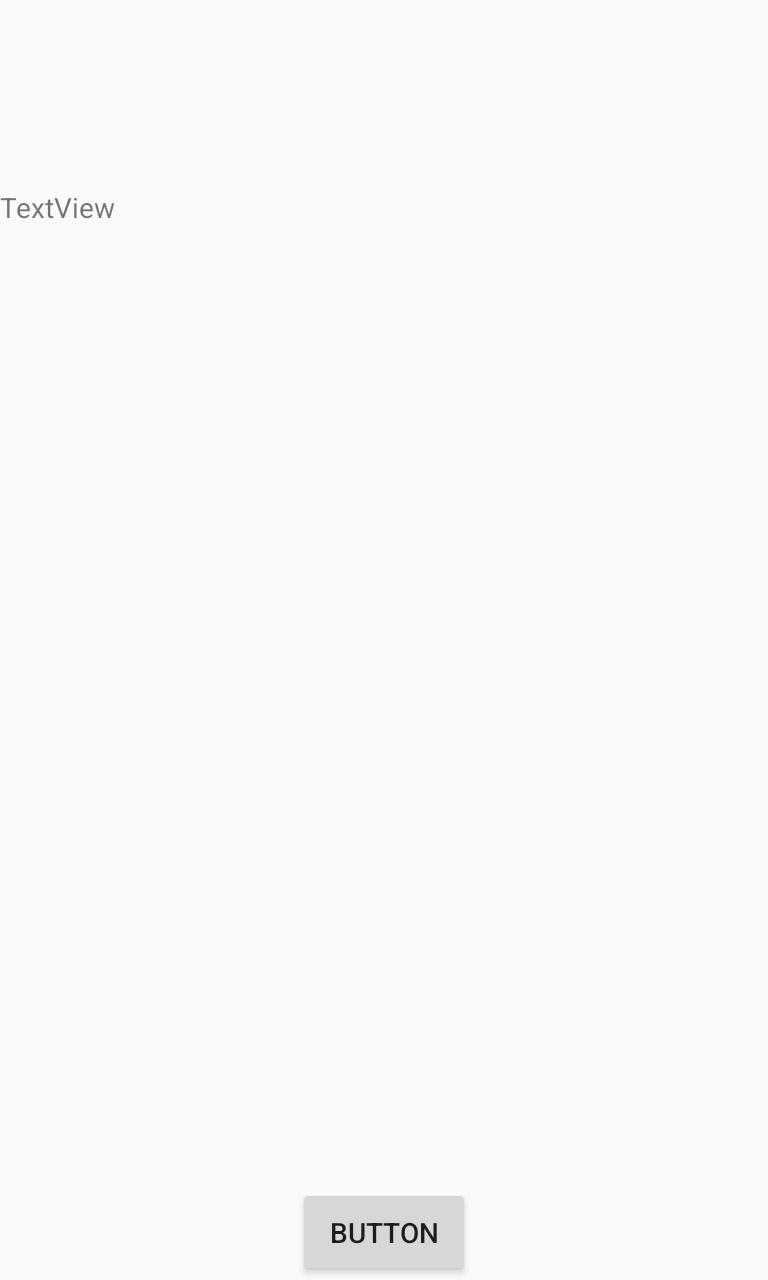
Repository: procmillie/AppKeepV9.12.14
Layout: StupidApp/res/layout/date_picker_dialog123.xml
These files come from the project's save history. The layout is drawn as it stood at one moment and after the next save; the edit follows.
It is drawn on a 768 x 1280 px phone screen (xhdpi) without system bars, with theme AppTheme; the app's code is not run.

Above is the layout before, as saved 2014-11-25 14:55:41.

After the next save:
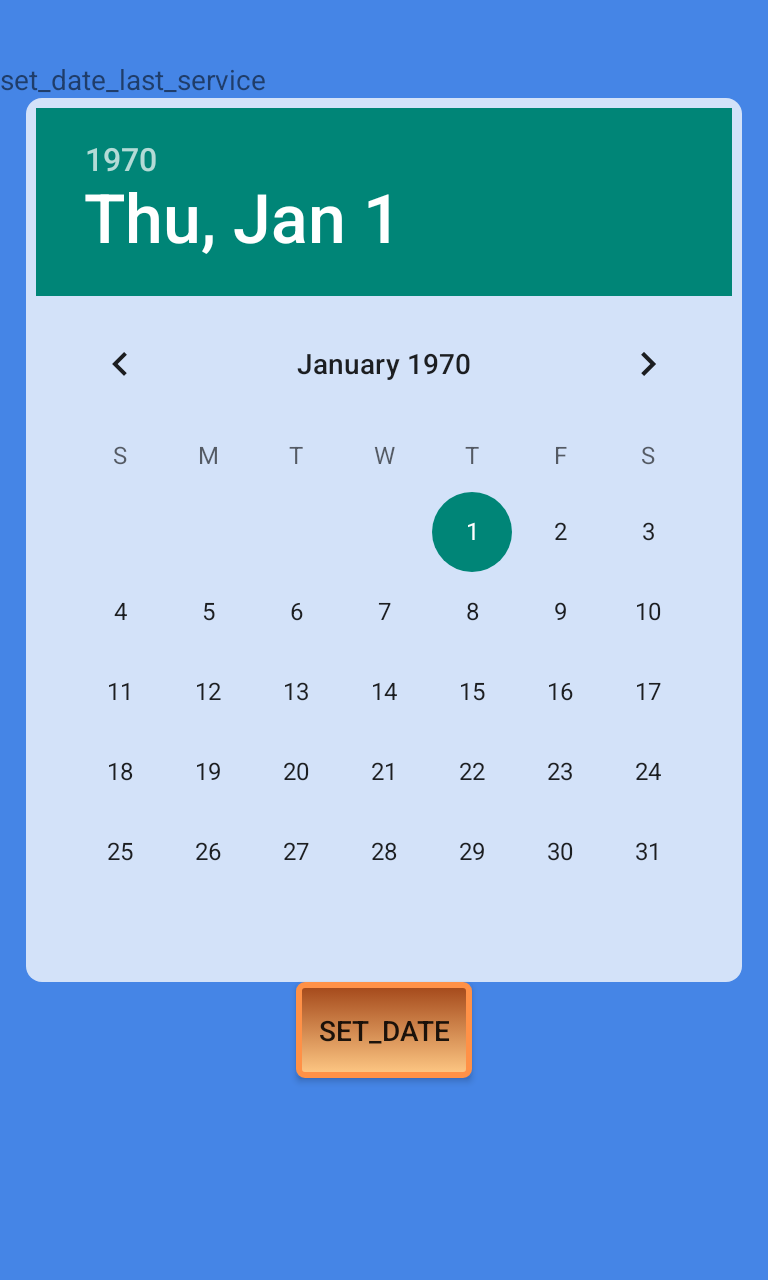
Saved 50 min 31 s later.
--- a/StupidApp/res/layout/date_picker_dialog123.xml
+++ b/StupidApp/res/layout/date_picker_dialog123.xml
@@ -1,12 +1,50 @@
 <?xml version="1.0" encoding="utf-8"?>
-<!--  <LinearLayout xmlns:android="http://schemas.android.com/apk/res/android"
+ <LinearLayout xmlns:android="http://schemas.android.com/apk/res/android"
     android:layout_width="match_parent"
     android:layout_height="match_parent"
-    android:orientation="vertical" >
+    android:background="@color/bground_color"
+    android:orientation="vertical"
+    >
+
+     <!-- DatePicker dialog activity screen -->
+
+     <TextView
+         android:id="@+id/textView1"
+         android:layout_width="wrap_content"
+         android:layout_height="wrap_content"
+         android:layout_marginTop="30dp"
+         android:text="set_date_last_service" />
+
+	<DatePicker
+   		 android:id="@+id/dp_last_date"
+   		 android:layout_width="wrap_content"
+    	 android:layout_height="wrap_content"
+    	 android:layout_gravity="center"
+    	 android:background="@drawable/rounded_box"
+   		 android:ems="10"
+         android:gravity="center"
+         android:hint="@string/serial_num_hint"
+         android:padding="5dp"
+         android:textSize="15sp"
+     />
 
 
-</LinearLayout>-->
-<RelativeLayout xmlns:android="http://schemas.android.com/apk/res/android"
+    <Button
+    	android:id="@+id/bn_set_date"
+   		android:layout_width="wrap_content"
+    	android:layout_height="wrap_content"
+    	android:background="@drawable/button_style"
+    	android:hint="@string/set_date_hint"
+    	android:layout_gravity="center"
+    	android:gravity="center"
+   		android:text="set_date" />
+
+
+    >
+
+
+</LinearLayout>
+<!-- <RelativeLayout xmlns:android="http://schemas.android.com/apk/res/android"
 android:layout_width="fill_parent"
 android:layout_height="fill_parent" >
 
@@ -28,4 +66,11 @@ android:layout_height="fill_parent" >
     android:layout_marginTop="94dp"
     android:text="TextView" />
 
-</RelativeLayout>
+<DatePicker
+    android:id="@+id/datePicker1"
+    android:layout_width="wrap_content"
+    android:layout_height="wrap_content"
+    android:layout_alignParentLeft="true"
+    android:layout_centerVertical="true" />
+
+</RelativeLayout>-->
--- a/StupidApp/res/values/strings.xml
+++ b/StupidApp/res/values/strings.xml
@@ -27,6 +27,8 @@
 
     <!--  DatePicker String names -->
      <string name="set_date">Set Date</string>
+     <string name="set_date_hint">Set Date</string>
+     <string name="set_date_last_service">Set Date of Last Service</string>
 
 
     <!--  Button strings to input and edit database entries. Colors used:
